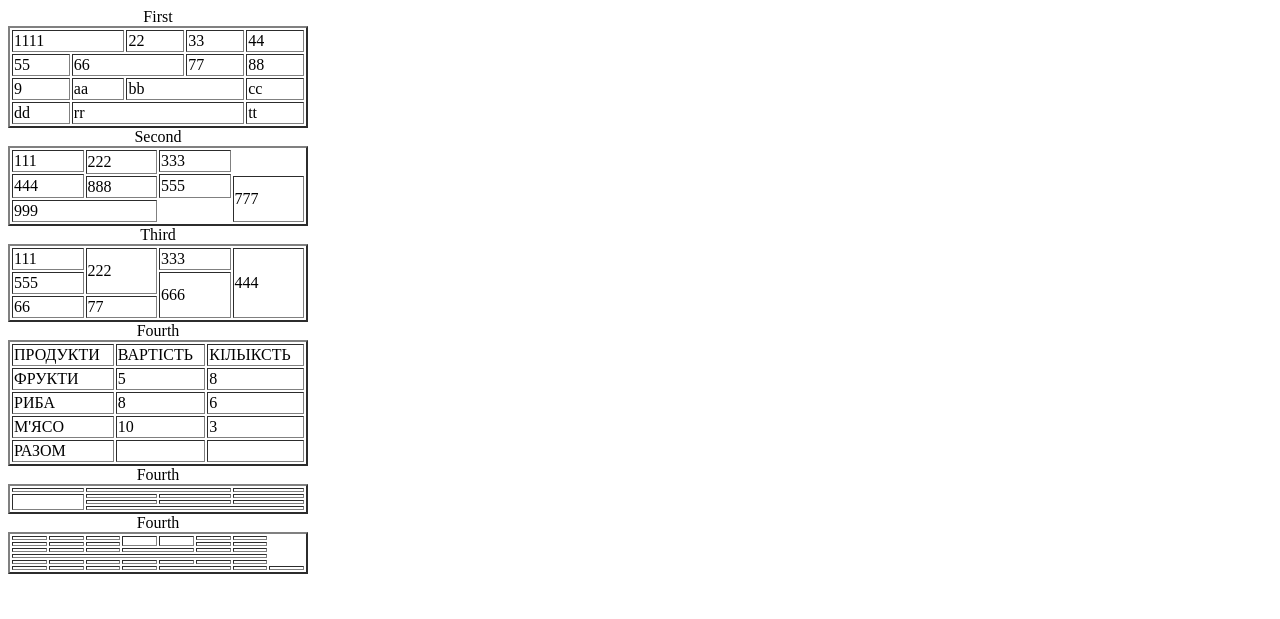
Repository: KseniaMakara/Web
Page: tables/index.html
An editor plug-in stored every save of this project. The page is shown before and after the next save, followed by the edit.
The browser window is 1280 px wide. The pictures show the whole page.

Above is the page before, as saved 2021-02-16 17:46:10.

After the next save:
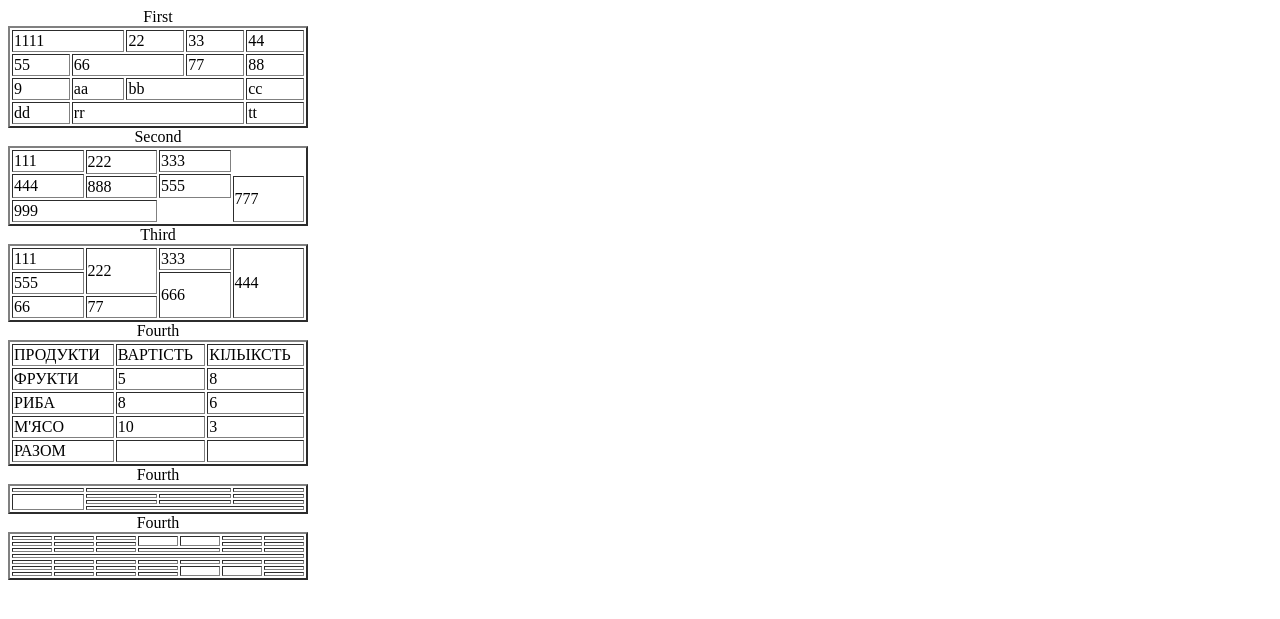
Saved 56 s later.
--- a/tables/index.html
+++ b/tables/index.html
@@ -174,8 +174,15 @@
                                 <td >  </td>
                                 <td >  </td>
                                 <td >  </td>
-                                <td colspan="2">  </td>
-                                <td colspan="2">  </td>
+                                <td rowspan="2">  </td>
+                                <td rowspan="2">  </td>
+                                <td >  </td>
+                            </tr>
+                            <tr>
+                                <td >  </td>
+                                <td >  </td>
+                                <td >  </td>
+                                <td >  </td>
                                 <td >  </td>
                             </tr>
 
